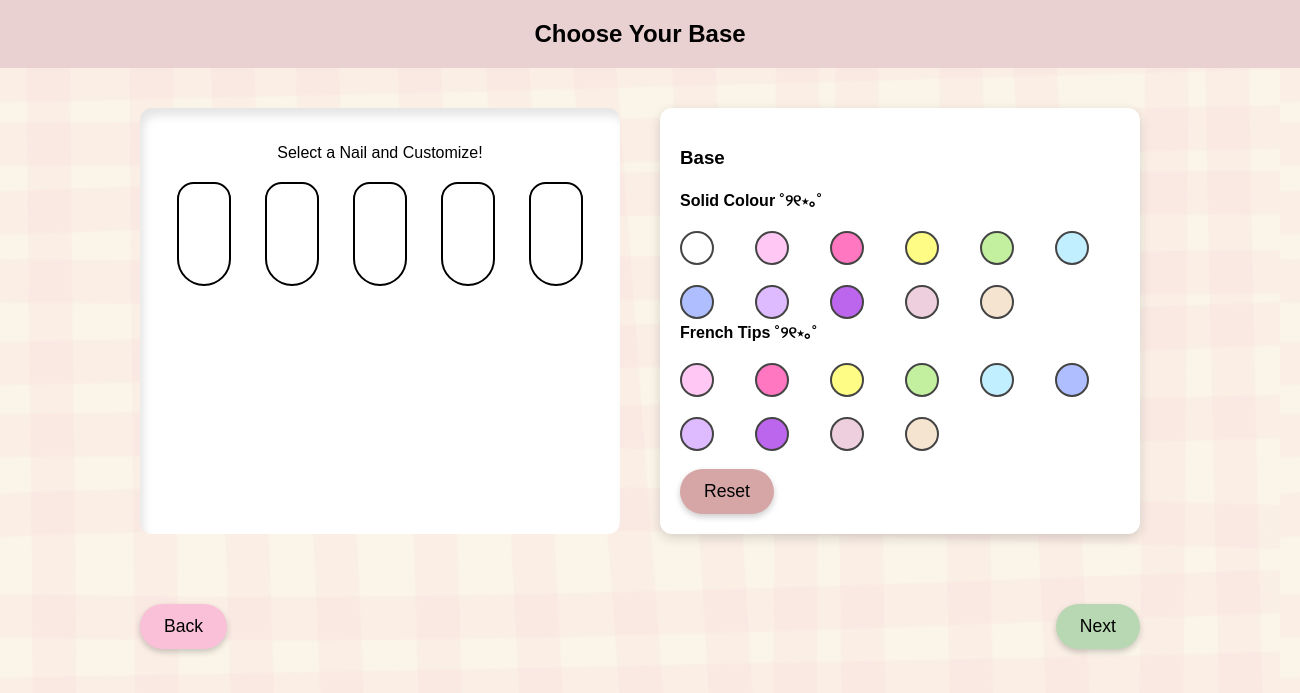
Repository: amolwalia/Fluidity-Lab
Page: base-paint.html
The author's editor kept a copy of each file at every save. The page is drawn from the files as they stood at one save, then again after the next save.
The browser window is 1280 px wide. The page is 1300 px wide, so the pictures cover 1300 px, including what lies to the right of the window. The pictures show the whole page.

Above is the page before, as saved 2025-05-11 19:02:37.

After the next save:
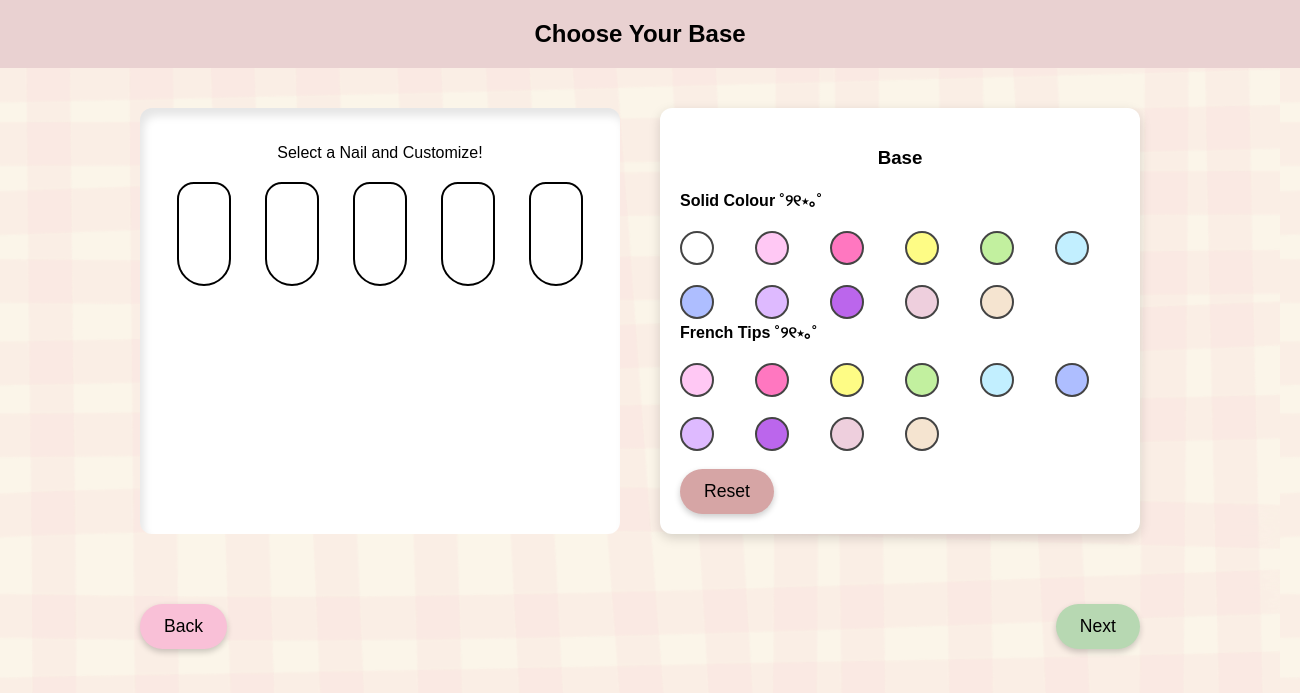
Saved 80 s later.
--- a/styles/basepaints.css
+++ b/styles/basepaints.css
@@ -53,6 +53,10 @@ header {
   background: #fff;
   position: relative;
   overflow: hidden;
+}
+
+h3 {
+  text-align: center;
 }
 .french-tip-overlay {
   position: absolute;
